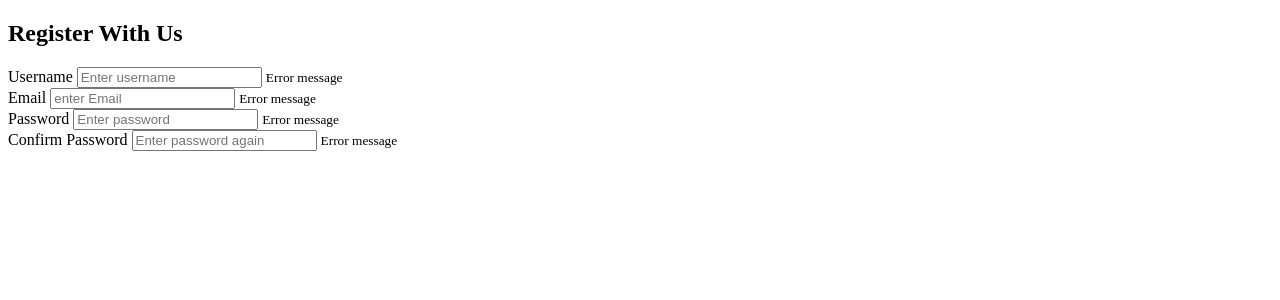
Repository: atko87/Form-Validator-Intro-
Page: index.html
The author's editor kept a copy of each file at every save. The page is drawn from the files as they stood at one save, then again after the next save.
The browser window is 1280 px wide. The pictures show the whole page.

Above is the page before, as saved 2020-03-07 22:48:21.

After the next save:
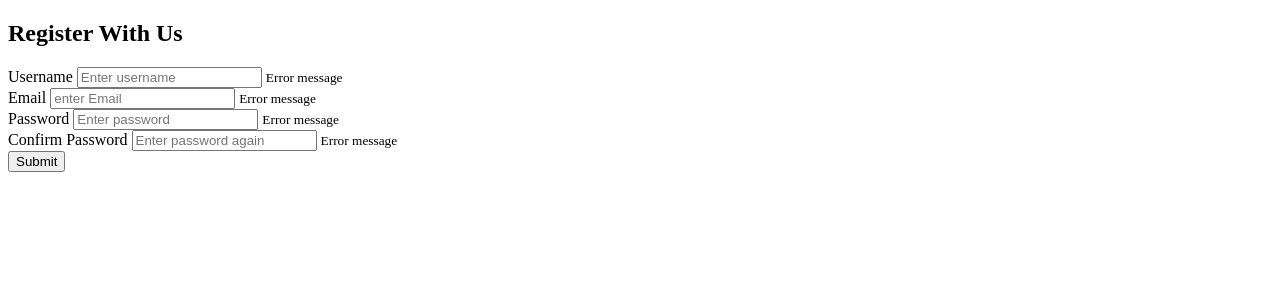
Saved 27 s later.
--- a/index.html
+++ b/index.html
@@ -35,6 +35,7 @@
           />
           <small>Error message</small>
         </div>
+        <button>Submit</button>
       </form>
     </div>
 
